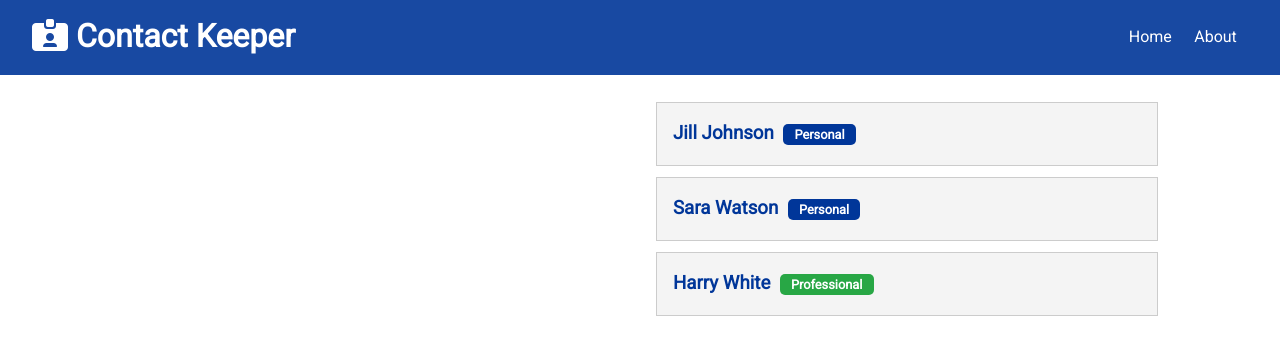
Repository: michaelm602623/contactKeeper
Page: / (app in client/)
These files come from the project's save history. The page is drawn as it stood at one moment and after a run of saves; the edit follows.
The browser window is 1280 px wide. The pictures show the whole page.
Some web libraries are served in a nearby version. The project was rebuilt for these pictures with package versions that can differ from the ones it lists, and the page was loaded fresh each time. A package was used in the major version that the imports need, not the one package.json lists. Also part of the build but not shown: client/src/components/pages/About.js.

Above is the page before, as saved 2019-11-21 11:59:53.

After the next 2 saves:
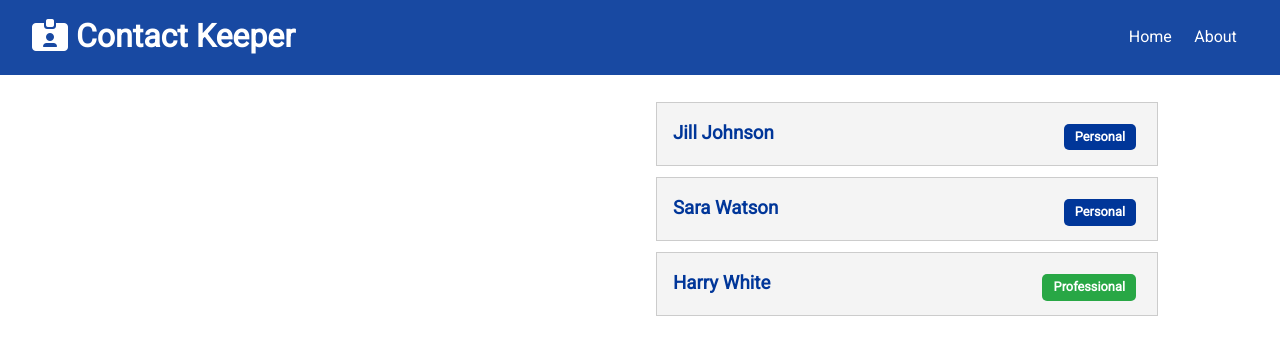
The 2 saves are shown as one change because 1 did not build or start.
The last was saved 4 min 39 s later.
--- a/client/src/components/contacts/ContactItem.js
+++ b/client/src/components/contacts/ContactItem.js
@@ -6,7 +6,7 @@
     <div className='card bg-light'>
       <h3 className='text-primary text-left'>
         {name}{" "}
-        <span
+        <span style={{ float: "right" }}
           className={
             "badge " +
             (type === "professional" ? "badge-success" : "badge-primary")
